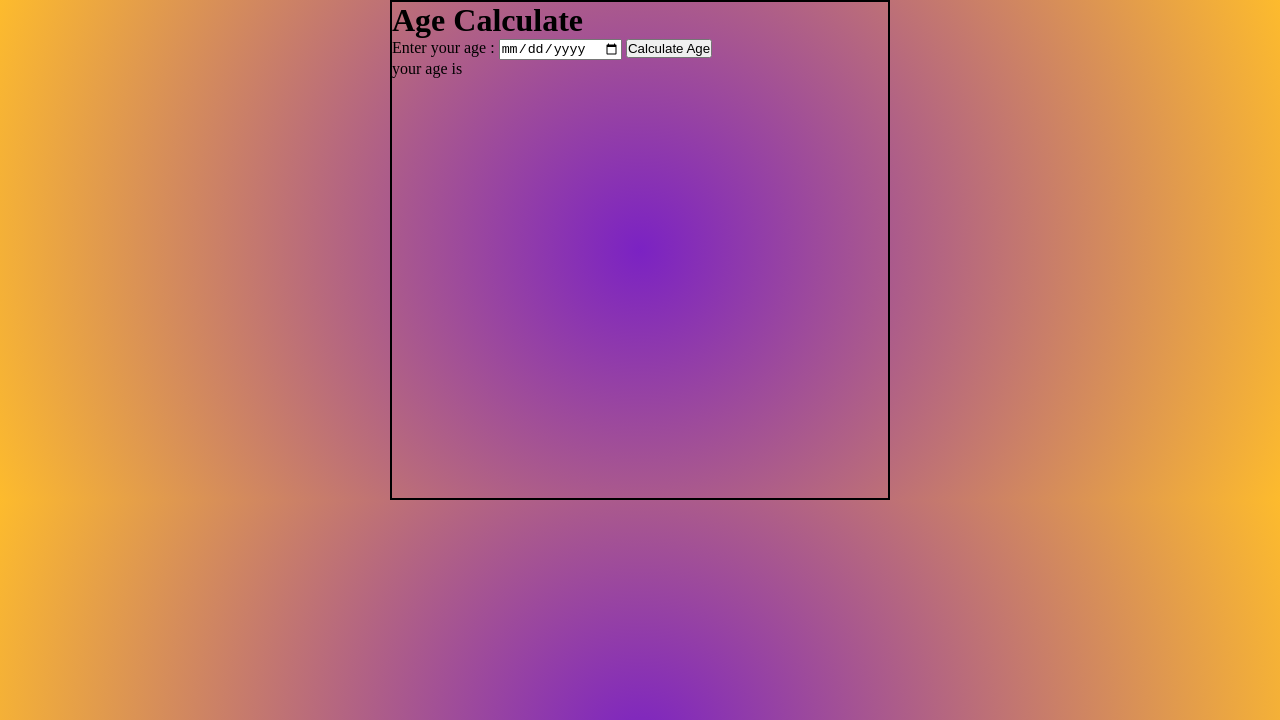
Repository: sristigupta04/basic-js-project
Page: age calculator/age.html
The author's editor kept a copy of each file at every save. The page is drawn from the files as they stood at one save, then again after the next save.
The browser window is 1280 px wide. The pictures show the whole page.

Above is the page before, as saved 2025-11-07 15:03:06.

After the next save:
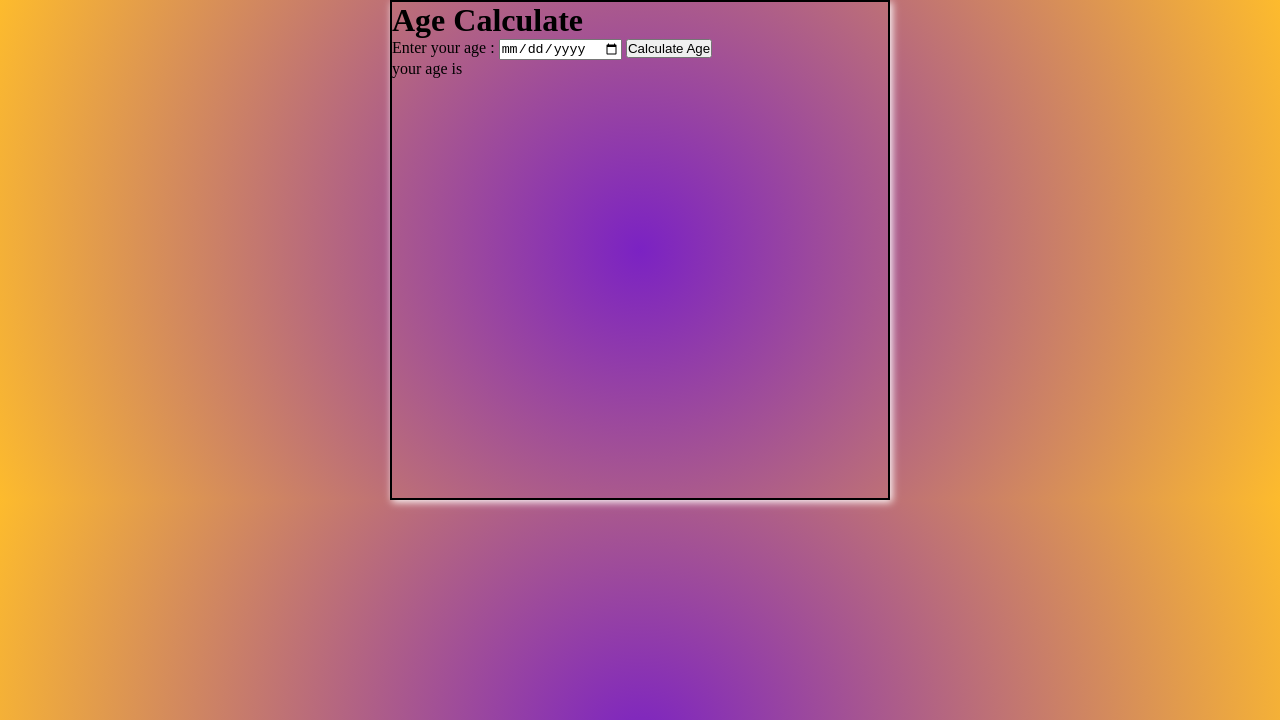
Saved 23 s later.
--- a/age calculator/age.css
+++ b/age calculator/age.css
@@ -14,5 +14,7 @@
 .main{
     border:2px solid black;
     height: 500px;
-    width: 500px;;;
+    width: 500px;
+    box-shadow: 2px 2px 8px white;
+    ;
 }
